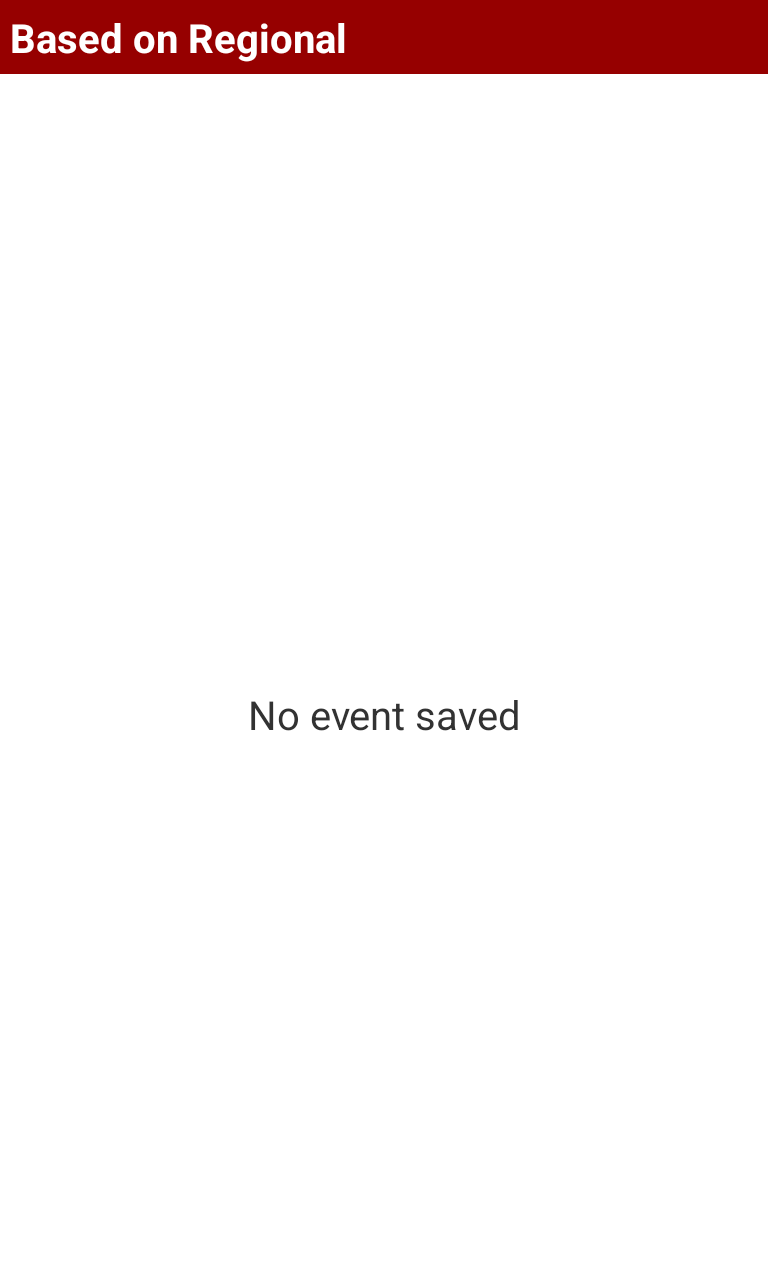
Repository: galihandy/chessboard
Layout: ArsenalIndonesia/res/layout/saved_event_list.xml
The author's editor kept a copy of each file at every save. The layout is drawn from the files as they stood at one save, then again after the next save.
It is drawn on a 768 x 1280 px phone screen (xhdpi) without system bars, with theme android:Theme.Light.NoTitleBar; the app's code is not run. Lists and similar views that code fills are empty.

Above is the layout before, as saved 2013-02-16 03:27:26.

### ArsenalIndonesia/res/layout/saved_event_list.xml
<LinearLayout xmlns:android="http://schemas.android.com/apk/res/android"
    android:orientation="vertical"
    android:layout_width="fill_parent"
    android:layout_height="fill_parent">


	<TextView
            android:id="@+id/save_page_title"
            android:layout_width="match_parent"
            android:layout_height="wrap_content"
            android:padding="5dip"
            android:background="@drawable/dark_red"
            android:text="@string/saved_pg_title_lbl"
            android:textColor="@android:color/white"
            android:textSize="20dp"
            android:textStyle="bold" />
    <ListView
	 	android:id="@id/android:list"
	    android:layout_width="fill_parent"
	    android:layout_height="0dip"
	    android:layout_weight="1"
	 	android:drawSelectorOnTop="false" />

    <TextView
        android:id="@id/android:empty"
        android:layout_width="fill_parent"
        android:layout_height="fill_parent"
        android:gravity="center"
        android:text="@string/no_saved_event"
        android:textSize="20dp"/>

</LinearLayout>

### ArsenalIndonesia/res/values/color.xml
<?xml version="1.0" encoding="utf-8"?>
<resources>

    <drawable name="row_list_feature_item_bgcolor">#777777</drawable>
    <drawable name="white">#ffffff</drawable>
    <drawable name="black">#000000</drawable>
    <drawable name="red">#be1622</drawable>
    <drawable name="grey">#555555</drawable>
    <drawable name="dark_red">#960000</drawable>
    <drawable name="list_elm_bg_clr">#f6f6f6</drawable>
    <drawable name="def_bg_clr">#f6f6f6</drawable>


</resources>

### ArsenalIndonesia/res/values/strings.xml
<resources>

    <string name="app_name">Arsenal Indonesia</string>
    <string name="reg_pg_title_lbl">Based on Regional</string>
    <string name="saved_pg_title_lbl">Based on Regional</string>
    <string name="hello_world">Hello world!</string>
    <string name="menu_settings">Settings</string>
    <string name="search_hint">Search event</string>
    <string name="title_activity_main">Arsenal Indonesia</string>
    <string name="title_activity_featured">Featured</string>
    <string name="title_activity_ticket">Ticket</string>
    <string name="title_activity_myticket">My Ticket</string>
    <string name="please_wait">Please Wait</string>
    <string name="regional_lbl">Regional :</string>
    <string name="date_lbl">Date :</string>
    <string name="description_lbl">Description :</string>
    <string name="ticket">Ticket</string>
	<string name="contact">Contact</string>
	<string name="category">Category</string>
	<string name="author">Author</string>
    <string name="detail_event_add_menu_title">Add to My Event</string>
    <string name="detail_event_rmv_menu_title">Remove from My Event</string>
    <string name="search_event_title">Search Event</string>
    <string name="no_saved_event">No event saved</string>

</resources>

After the next save:
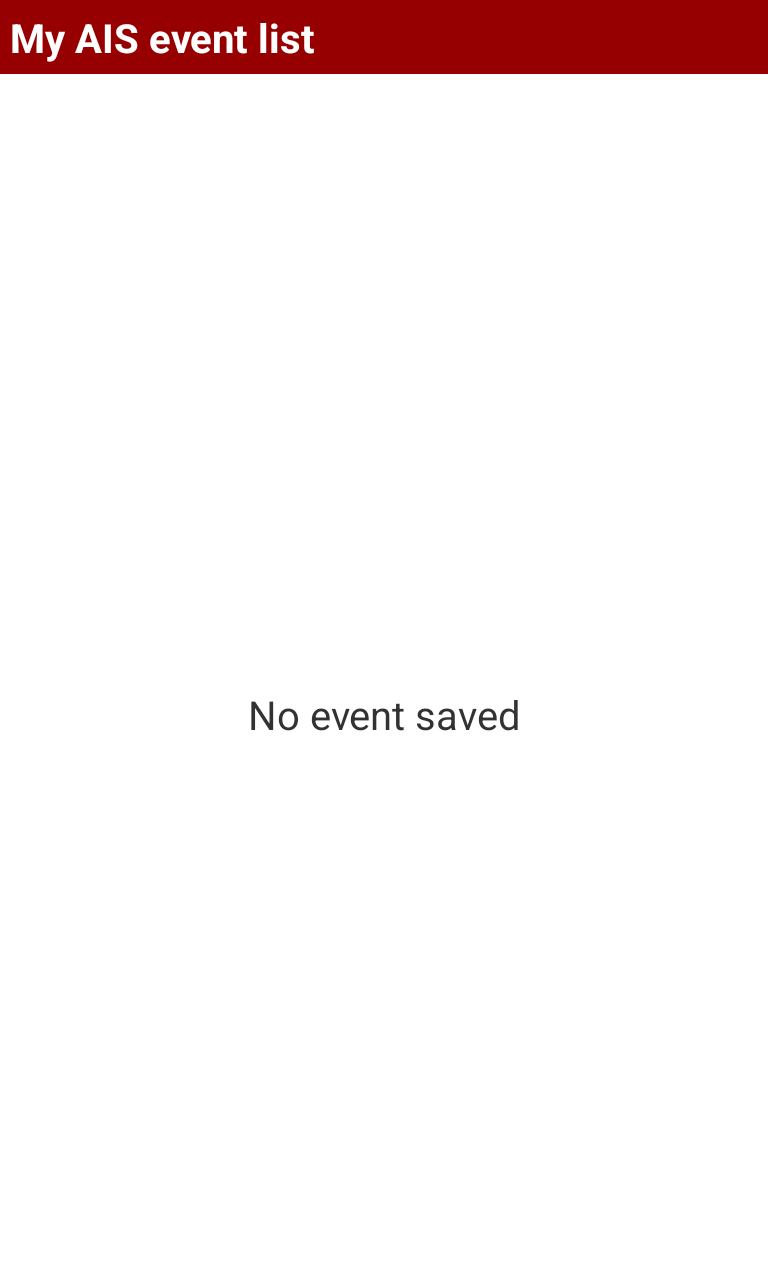
Saved 45 s later.
--- a/ArsenalIndonesia/res/values/strings.xml
+++ b/ArsenalIndonesia/res/values/strings.xml
@@ -2,7 +2,7 @@
 
     <string name="app_name">Arsenal Indonesia</string>
     <string name="reg_pg_title_lbl">Based on Regional</string>
-    <string name="saved_pg_title_lbl">Based on Regional</string>
+    <string name="saved_pg_title_lbl">My AIS event list</string>
     <string name="hello_world">Hello world!</string>
     <string name="menu_settings">Settings</string>
     <string name="search_hint">Search event</string>
